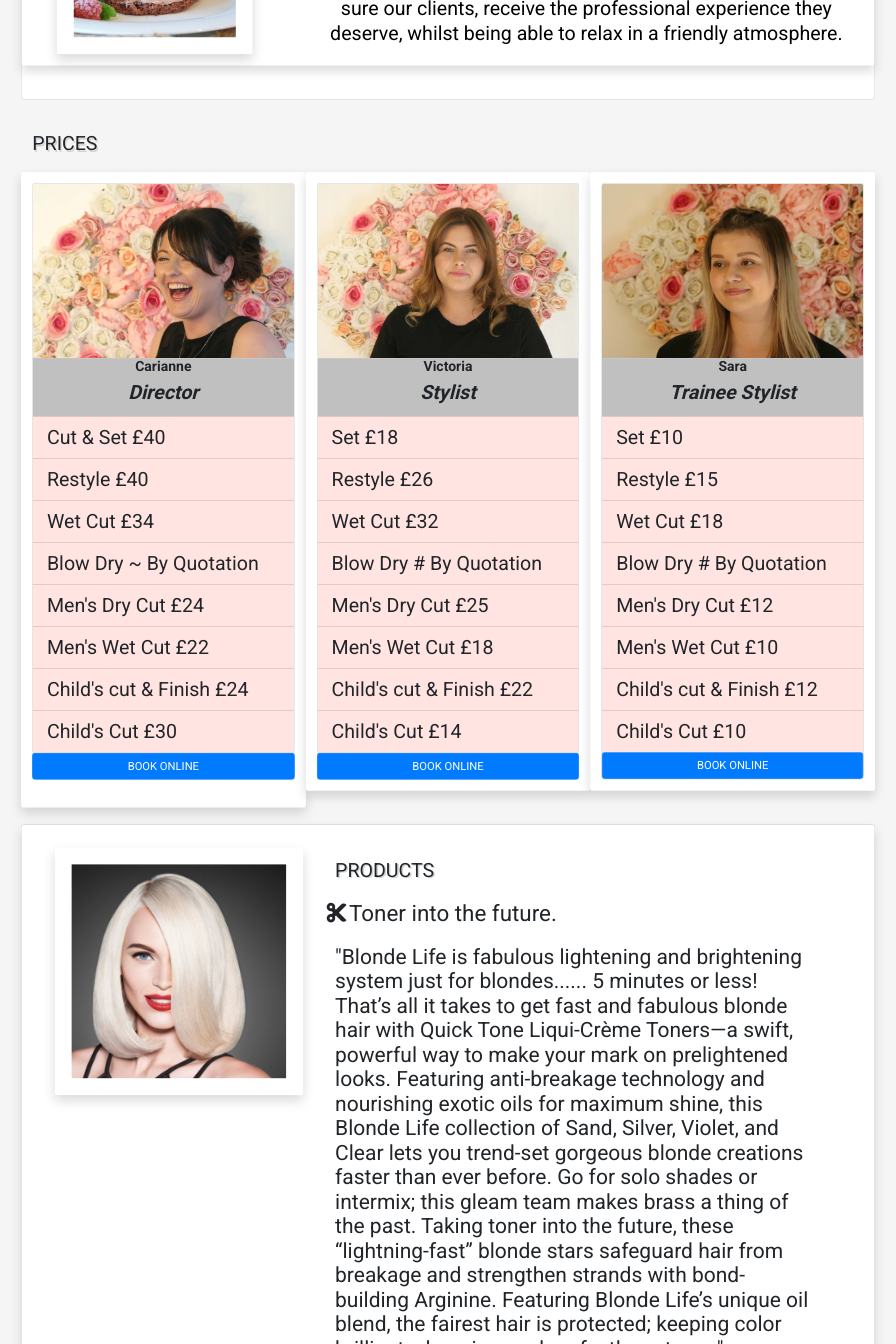
Repository: Gristydesigns/elegance-salon
Page: index.html
The author's editor kept a record of every edit. The page is drawn from the files as they stood at one moment, then again after the next edit.
The browser window is 1280 px wide. The pictures show the part of the page from y = 1442 to 3362 px (the page is 5913 px tall before and 5929 px after), at 70% of full size.
A picture or video elsewhere on the page could not be fetched, so the positions and the page height are approximate. Some web libraries are served in a nearby version.

Above is the page before.

### index.html
<!DOCTYPE html>
<html lang="en">

<head>
  <meta charset="UTF-8" />
  <meta name="viewport" content="width=device-width, initial-scale=1.0" />
  <meta http-equiv="X-UA-Compatible" content="ie=edge" />
  <meta name="description" content="Home page for Elegance hair salon ledbury" />
  <meta name="keywords" content="hair, artist, stylist artist, hair colours, custom, cuts, joico, hair products, hair consultation, ledbury salon, hair salon, kids hair cuts, children hair cuts, re-styling hair" />
  <meta name="author" content="Elegance"/>
  <link rel="apple-touch-icon" sizes="180x180" href="assets/favicons/apple-touch-icon.png">
  <link rel="icon" type="image/png" sizes="32x32" href="assets/favicons/favicon-32x32.png">
  <link rel="icon" type="image/png" sizes="16x16" href="assets/favicons/favicon-16x16.png">
  <link rel="shortcut icon" type="image/png" href="./index/elegance-logo.png">
  <link rel="stylesheet" href="https://cdnjs.cloudflare.com/ajax/libs/twitter-bootstrap/4.3.1/css/bootstrap.min.css" />
  <link rel="stylesheet" href="https://cdnjs.cloudflare.com/ajax/libs/font-awesome/5.10.0-11/css/all.min.css" />
  <link rel="stylesheet" href="assets/css/style.css" type="text/css" />
  <title>Elegance Hair Salon Ledbury</title>
</head>

<body>
  <div class="container-fluid">
    <!-- Open Nav -->
    <div class="container-fluid">
      <div class="row">
        <div class="col sm-12 col-md-8 shadow p-3 mb-5 bg-white rounded">
          <nav class="navbar navbar-expand-lg navbar-light bg-light  fixed-top">
            <a class="navbar-brand ml-3" href="index.html">
             <img src="./index/elegance-logo.png" style="width:90px" class="logo-img" alt="logo image">
              </a>
            <button class="navbar-toggler" type="button" data-toggle="collapse" data-target="#navbarSupportedContent" aria-controls="navbarSupportedContent" aria-expanded="false" aria-label="Toggle navigation">
                <span class="navbar-toggler-icon"></span>
              </button>
            <div class="collapse navbar-collapse mr-5" id="navbarSupportedContent">
              <ul class="navbar-nav ml-auto mr-5 text-uppercase">
                <li class="nav-item active">
                  <a class="nav-link " href="index.html">Home <span class="sr-only "></span></a>
                </li>
                <li class="nav-item">
                  <a class="nav-link " href="#about">About</a>
                </li>
                <li class="nav-item">
                  <a class="nav-link " href="#prices">Prices</a>
                </li>
                <li class="nav-item">
                  <a class="nav-link" href="#products">Products</a>
                </li>
                <li class="nav-item">
                  <a class="nav-link " href="#gallery">Gallery</a>
                </li>
                <li class="nav-item">
                  <a class="nav-link" href="#contact">Contact</a>
                </li>
              </ul>
              <a href="tel:+44-1531-635-309" class="btn btn-primary btn-lg active mr-5" id="button-call" role="button" aria-pressed="true"><strong>CALL</strong></a>
            </div>
          </nav>
        </div>
      </div>
    </div>
    <!--close .Nav -->
    <!--open .header .banner -->
    <div class="container-fluid">
      <div class="row">
        <div class="col-12">
          <div class="section-wrap">
            <div class="section header-section section-bg-image">
              <img id="header-banner" src="assets/image/banner1.jpg" class="img-fluid contact" alt="Responsive image" />
            </div>
          </div>
        </div>
      </div>
    </div>
    <!--close .Header .Banner-->
    <!-- open .welcome .article -->
    <div class="container-fluid" id="welcome">
      <div class="row">
        <div class="col-12 no-gutter">
          <h1>Welcome to Elegance</h1>
          <p>At Elegance we inspire everyone that is looking for upscale hair treatments in a beautiful, professional and fresh salon.</p>
          <p>We endeavour to make every client feel and look even more amazing than they already do.</p>
          <p>We offer our clients a wide range of services from cutting to blow drys to colouring.</p>
          <p>Check out our services page to see the full range of what we offer.</p>
        </div>
      </div>
    </div>

  <!--close .welcome .article -->
  <!--open .about .article -->
  <div class="container-fluid" id="about">
    <div class="card">
      <div class="shadow p-3 mb-5 bg-white rounded">
        <div class="row">
          <div class="col-sm-12 col-md-4">
            <img src="assets/image/tart.jpg" id="image-about" class="card-img shadow p-4 mr-5 bg-white rounded" alt="owner photo "/>
            </div>
            <div class="col-sm-12 col-md-8">
            <h3 class="fontchange-sm p-2">ABOUT</h3>
            <div class="card-text text-center">
              <blockquotes>Elegance was opened by owner Ciaranne Forde in early 2011, in the heart
              of the beautiful market town of Ledbury Herefordshire. With our team of highly qualified hair stylists and our excellence in
            customer service, we at Elegance make sure our clients, receive the professional experience they deserve,
            whilst being able to relax in a friendly atmosphere.
            </blockquotes>
          </div>
         </div>
        </div>
      </div>
    </div>
  </div>

  <!--close .About .article -->


  <!--Open .price .list .card  -->
  <div class="container-fluid" id="prices">
    <h3 class="fontchange-sm p-3">PRICES</h3>
    <div class="row">
      <div class="col-sm-12 col-md-4 shadow p-3 mb-4 bg-white rounded">
        <!--feature article 1-->
        <div class="card">
          <img src="assets/image/Ciaranne.jpg" class="card-img-top" alt="owner of elegance image"/>
          <div class="card-body2">
            <h5 class="card-title2 ">Carianne</h5>
            <p class="card-text2 "><em>Director</em></p>
            <ul class="list-group list-group-flush ">
              <li class="list-group-item ">Cut & Set £40</li>
              <li class="list-group-item ">Restyle £40</li>
              <li class="list-group-item ">Wet Cut £34</li>
              <li class="list-group-item ">Blow Dry ~ By Quotation</li>
              <li class="list-group-item ">Men's Dry Cut £24</li>
              <li class="list-group-item ">Men's Wet Cut £22</li>
              <li class="list-group-item ">Child's cut & Finish £24</li>
              <li class="list-group-item ">Child's Cut £30</li>
            </ul>
          </div>
        </div>
        <div class="card-footer2">
          <a href="https://onlinebooking-new.totalsalon.net/?salon=Elegance "target="_blank" aria-label="book online " rel="noopener " class="card-link btn btn-block btn-primary ">BOOK ONLINE</a>
        </div>
      </div>
      <div class="col-sm-12 col-md-4 shadow p-3 mb-5 bg-white rounded ">
        <div class="card ">
          <img src="assets/image/victoria.jpg" class="card-img-top" alt="victoria staff member image "/>
          <div class="card-body2">
            <h5 class="card-title2 ">Victoria</h5>
            <p class="card-text2 "><em>Stylist</em></p>
            <ul class="list-group list-group-flush ">
              <li class="list-group-item ">Set £18</li>
              <li class="list-group-item ">Restyle £26</li>
              <li class="list-group-item ">Wet Cut £32</li>
              <li class="list-group-item ">Blow Dry # By Quotation</li>
              <li class="list-group-item ">Men's Dry Cut £25</li>
              <li class="list-group-item ">Men's Wet Cut £18</li>
              <li class="list-group-item ">Child's cut & Finish £22</li>
              <li class="list-group-item ">Child's Cut £14</li>
            </ul>
          </div>
        </div>
        <div class="card-footer2 ">
          <a href="https://onlinebooking-new.totalsalon.net/?salon=Elegance" target="_blank" aria-label="book online" rel="noopener " class="card-link btn btn-block btn-primary ">BOOK ONLINE</a>
        </div>
      </div>
      <div class="col-sm-12 col-md-4 shadow p-3 mb-5 bg-white rounded ">
        <div class="card">
          <img src="assets/image/sara.jpg " class="card-img-top " alt="Emma staff member image "/>
          <div class="card-body2 ">
            <h5 class="card-title2 ">Sara</h5>
            <p class="card-text2 "><em>Trainee Stylist</em></p>
            <ul class="list-group list-group-flush ">
              <li class="list-group-item ">Set £10</li>
              <li class="list-group-item ">Restyle £15</li>
              <li class="list-group-item ">Wet Cut £18</li>
              <li class="list-group-item ">Blow Dry # By Quotation</li>
              <li class="list-group-item ">Men's Dry Cut £12</li>
              <li class="list-group-item ">Men's Wet Cut £10</li>
              <li class="list-group-item ">Child's cut & Finish £12</li>
              <li class="list-group-item ">Child's Cut £10</li>
            </ul>
          </div>
          <div class="card-footer2 ">
            <a href="https://onlinebooking-new.totalsalon.net/?salon=Elegance "  target="_blank " aria-label="book online " rel="noopener " class="card-link btn btn-block btn-primary ">BOOK ONLINE</a>
          </div>
        </div>
      </div>
    </div>
  </div>

  <!--close .price .list .card -->

  <!-- feature product 2 -->
  <div class="container-fluid" id="products">
    <div class="card">
      <div class="shadow p-3 mb-5 bg-white rounded">
        <div class="row m-3">
          <div class="col-sm-12 col-md-4">
            <img src="assets/image/platinumn2.png" id="image-product" class="card-img shadow p-4 mb-5 bg-white rounded " alt="owner photo " />
          </div>
          <div class="col-sm-12 col-md-8">
            <h3 class="fontchange-sm p-3 ">PRODUCTS</h3>
            <h2><i class="fas fa-cut p-1 "></i>Toner into the future.</h2>
             <div class="card-text mr-4 p-3">
             <p> "Blonde Life is fabulous lightening and brightening system just for blondes...... 5 minutes or less! That’s all it takes to get fast and fabulous blonde hair with Quick Tone Liqui-Crème Toners—a swift, powerful way to make your mark on
      prelightened looks. Featuring anti-breakage technology and nourishing exotic oils for maximum shine, this Blonde Life collection of Sand, Silver, Violet, and Clear lets you trend-set gorgeous blonde creations faster than ever before. Go for solo shades
      or intermix; this gleam team makes brass a thing of the past. Taking toner into the future, these “lightning-fast” blonde stars safeguard hair from breakage and strengthen strands with bond-building Arginine. Featuring Blonde Life’s unique oil blend,
      the fairest hair is protected; keeping color brilliant, gleaming, and perfectly on tone. "</p>
            <a href="tel:+44-1531-635-309 " class="btn btn-primary btn-lg active p-3 " id="button-call " role="button " aria-pressed="true "><strong>Call for a Consultation</strong></a>
          </div>
        </div>
      </div>
    </div>
  </div>
  </div>
  </div>
  <!--images. joico-->
    <div class="row m-3">
    <div class="col-sm-12 col-md-4">
      <img src="assets/image/K-PAK.jpg " alt="JOICE " class="img-fluid shadow p-4 mb-5 bg-white rounded"/>
    </div>
    <div class="col-sm-12 col-md-4">
      <img src="assets/image/color-endure.jpg " alt="JOICE" class="img-fluid shadow p-4 mb-5 bg-white rounded"/>
    </div>
  <div class="col-sm-12 col-md-4">
      <img src="assets/image/Moisture-Recovery.jpg " alt="JOICE" class="img-fluid shadow p-4 mb-5 bg-white rounded"/>
    </div>
  </div>

  <!--Open .images .showcase  -->
  <div class="container-fluid" id="gallery">
    <h3 class="fontchange-sm p-3 ">HAIR STYLE GALLERY</h3>
    <div class="row">
      <div class="col-sm-12 col-md-6 col-lg-4">
        <img src="https://i.ibb.co/12jpj9v/image20.jpg" alt="hair style " class="img-fluid shadow p-3 mb-5 bg-white rounded "/>
      </div>
      <div class="col-sm-12 col-md-6 col-lg-4">
        <img src="https://i.ibb.co/tKnBjxF/image21.jpg " alt="hair style" class="img-fluid shadow p-3 mb-5 bg-white rounded"/>
      </div>
      <div class="col-sm-12 col-md-6 col-lg-4">
        <img src="https://i.ibb.co/rZFWxdK/image24.jpg" alt="hair style" class="img-fluid shadow p-3 mb-5 bg-white rounded"/>
      </div>
      <div class="col-sm-12 col-md-6 col-lg-4">
        <img src="https://i.ibb.co/TTw1FLD/image27.jpg" alt="hair style" class="img-fluid shadow p-3 mb-5 bg-white rounded"/>
      </div>
      <div class="col-sm-12 col-md-6 col-lg-4">
        <img src="https://i.ibb.co/rxb86gC/image28.jpg" alt="hair style" class="img-fluid shadow p-3 mb-5 bg-white rounded"/>
      </div>
      <div class="col-sm-12 col-md-6 col-lg-4">
        <img src="https://i.ibb.co/44p4x3f/image31.jpg" alt="hair style" class="img-fluid shadow p-3 mb-5 bg-white rounded"/>
      </div>
      <div class="col-sm-12 col-md-6 col-lg-4">
        <img src="https://i.ibb.co/xmk5P04/image23.jpg" alt="hair style" class="img-fluid shadow p-3 mb-5 bg-white rounded"/>
      </div>
      <div class="col-sm-12 col-md-6 col-lg-4">
        <img src="https://i.ibb.co/kxVW4rV/image25.jpg" alt="hair style" class="img-fluid shadow p-3 mb-5 bg-white rounded"/>
      </div>
      <div class="col-sm-12 col-md-6 col-lg-4">
        <img src="https://i.ibb.co/Xyv1W2H/image33.jpg" alt="hair style" class="img-fluid shadow p-3 mb-5 bg-white rounded"/>
      </div>
    </div>
  </div>

    <!--open.contact  .page  -->
   <div class="container" id="contact">
      <div class="row m-3">
         <div class="col-sm-12 col-md-6">
         <img src="https://i.ibb.co/vZgPP6P/IMG-7262.jpg" id="image-contact" class="card-img shadow p-2 mb-3 bg-white rounded " alt="victoria stylist photo " />
         </div>
      <div class="col-sm-12 col-md-6">
             <h1>Opening Hours</h1>
              <ul class="list-group ml-5">
                <li class="list-group-item">Tuesday 9am ~ 6/7pm</li>
                <li class="list-group-item">Wednesday 9am ~ 6pm</li>
                <li class="list-group-item">Thursday 9am ~ 6/7pm</li>
                <li class="list-group-item">Friday 9am ~ 6pm</li>
                <li class="list-group-item">Saturday 9am ~ 2pm</li>
              </ul>
              <h3 class="fontchange-sm ml-5">Telephone Number</h3>
              <p class="card-text ml-5"><strong>(01531) 635 309</strong></p>
              <a href="https://onlinebooking-new.totalsalon.net/?salon=Elegance" target="_blank" aria-label="book online" rel="noopener " class="btn btn-primary btn-lg active p-3 ml-5 " id="button-call " role="button " aria-pressed="true "><strong>BOOK ONLINE & MAP</strong></a>
            </div>
        </div>
      </div>
      <!--footer.open -->

  <footer class="page-footer bg-secondary text-white">
    <div class="container-fluid" id="footer">
      <div class="row m-3">
        <div class="col-12 text-center text-white text-shadow mb-3 p-3">
          <h4>Shop Now</h4>
          <p>For the Joice daily care range.</p>
          <div class="button">
            <a href="https://my-salon.shop/?salonname=Elegance&salonlocation=Ledbury" target="_blank" aria-label="salon shop" rel="noopener" role="button" class="btn btn-primary btn-md active spinner-grow">Buy Now</a>
          </div>
        </div>
      </div>
    </div>
    <div class="col-12 py-4">
      <!-- SOCIAL ICONS/LINKS -->
      <div class="mb-1 flex-centre text-center social-icon-shadow">
        <a href="https://www.facebook.com/EleganceLedbury/" target="_blank" aria-label="Find Salon on FaceBook" rel="noopener"><i class="fab fa-facebook fa-lg mr-md-5 fa-2x"></i></a>
        <a href="https://www.instagram.com/eleganceledbury/" target="_blank" aria-label="Find Salon on Instagram" rel="noopener"><i class="fab fa-instagram fa-lg mr-md-5 fa-2x"></i></a>
        <a href="https://elegance-hair-salon-hair-salon.business.site" target="_blank" aria-label="Find Salon on Google My Business" rel="noopener"><i class="fab fa-google fa-lg mr-md-5 fa-2x"></i></a>
      </div>
      <!-- COPYRIGHT -->
      <div class="text-shadow text-center py-3">
        <small>© 2019 Copyright: Kim Gristy all rights reserved</small>
        <p class="mt-3">Website designed by Gristydesigns</p>
      </div>
    </div>
    </footer>
    <!--close Footer -->
    <script src="https://cdnjs.cloudflare.com/ajax/libs/jquery/3.4.1/jquery.slim.min.js "></script>
    <script src="https://cdnjs.cloudflare.com/ajax/libs/popper.js/1.15.0/umd/popper.min.js "></script>
    <script src="https://cdnjs.cloudflare.com/ajax/libs/twitter-bootstrap/4.3.1/js/bootstrap.min.js "></script>
</body>

</html>

### assets/css/style.css
@import url('https://fonts.googleapis.com/css?family=Roboto:400,700&display=swap');

body {
    width: 100%;
    height: auto;
    background: rgb(245,245,245);
    font-family: 'Roboto', sans-serif;
    font-size: 28px;
    font-weight: 400;
    line-height: 35px;
    background-size: cover;
}

 .row {
margin: 0;
padding: 0;
}


/*-- Navigation*/

.navbar-collapse {
 width:100%;
 height: auto;
 background: rgb(255,228,225);
  }

 .collapse.navbar-collapse {
  font-weight: 700;
  color: rgb(211,211,211);
  word-spacing: 25px;

   }
 .nav-link {
  background: rgb(255,228,225);
  width:100%;
 }
.navbar-brand {
 letter-spacing:0.2em;
 font-size: 28px;
 font-weight: 700;
 color: rgb(112,128,144);
 text-align: center;
}

/* header-banner */
#header-banner {
  height: auto;
  width:100%;
  margin-left: 0;
  margin-right: 0;
  padding-top: 20px;
  padding-bottom: 0;
 }
/*-- welcome-card */

#welcome {
 color:rgb(211,211,211);
 text-align: center;
 font-weight: 400;
 background:rgb(128,128,128);
 height:auto;
 padding-top:30px;
 padding-right:30px;
 margin-left:5px;
 margin-right:15px
}

/*-- About */

#about {
 height:auto;
 color:rgb(0,0,0);
 font-weight:400;
 text-align: center;
 padding-top:30px;
 padding-bottom:30px;

 }


 #image-about {
 height:280px;
 width:280px;
 background: rgb(211,211,211);
 }

/*-- price list */
#price {
 letter-spacing:0.2em;
 font-weight:700;
 font-size:32px;
 text-align: center;
}

#products {
 width:100%;
 height:auto;
 font-size:30px;
}
.card-footer2 {
 background:rgb(192,192,192, 0.5);
}
.card-body2 {
 background: rgb(192,192,192);

}
.card-title2 {
 text-align: center;
 font-weight:700;
}

.card-text2 {
 text-align: center;
 font-weight:700;
}
.list-group-item {
 background:rgb(255,228,225);
}

/*-- showcase images */

 h3 {
  text-shadow: 2px 2px rgb(211,211,211);
  }


/*--  contact-card */

.spinner-grow {
    display: inline-block;
    vertical-align: text-bottom;
    background-color: currentColor;
    border-radius: 50%;
    opacity: 0;
    -webkit-animation: spinner-grow 1.25s linear infinite;
    animation: spinner-grow 1.75s linear infinite;
}

.contact {
 height:85vh;
 width:100%;
 padding:20px;
 }

.contact-img {
 height:400px;
 width:500px;
}

After the next edit:
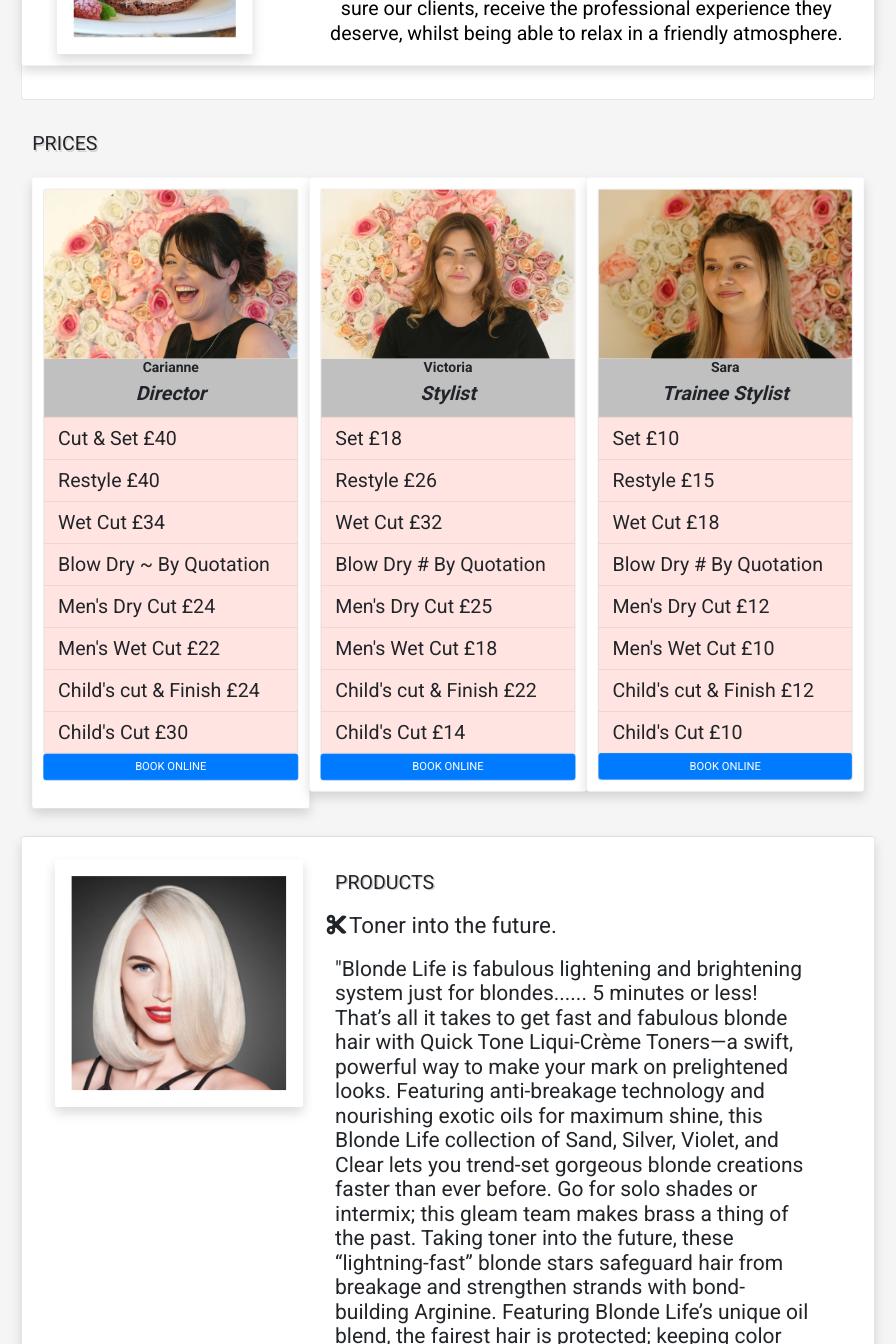
The edit:
--- a/index.html
+++ b/index.html
@@ -115,7 +115,7 @@
   <!--Open .price .list .card  -->
   <div class="container-fluid" id="prices">
     <h3 class="fontchange-sm p-3">PRICES</h3>
-    <div class="row">
+    <div class="row m-3">
       <div class="col-sm-12 col-md-4 shadow p-3 mb-4 bg-white rounded">
         <!--feature article 1-->
         <div class="card">
